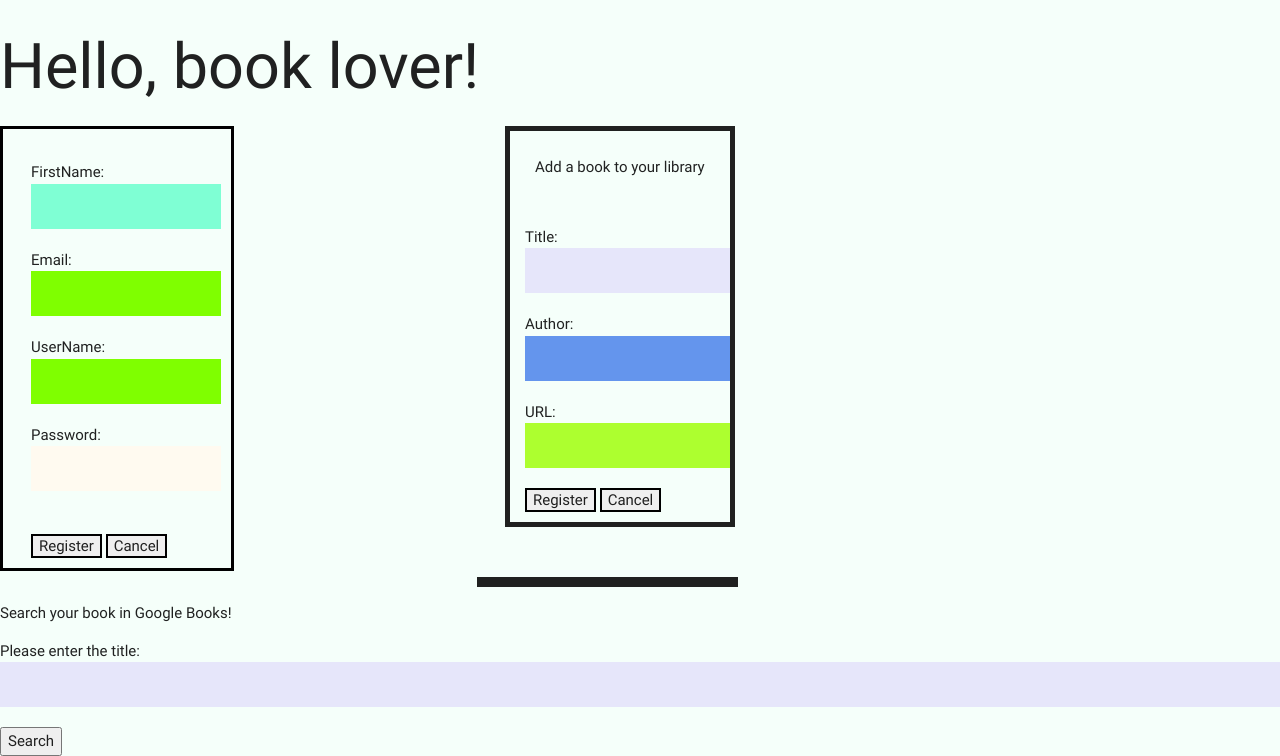
Repository: IuliaGusatu/cloudcomputingProjectSIMPREGusatuIulia
Page: environment/frontend/index.html
The author's editor kept a record of every edit. The page is drawn from the files as they stood at one moment, then again after the next edit.
The browser window is 1280 px wide. The pictures show the whole page.
The page's requests for data from a server got no answer.

Above is the page before.

### environment/frontend/index.html

<!DOCTYPE html>
<html style="background-color: mintcream;">
    <head>
         <link rel="stylesheet" href="https://cdnjs.cloudflare.com/ajax/libs/materialize/0.100.2/css/materialize.min.css">

        <title>BooksMania</title>
    </head>
    <body>
        <h1>Hello, book lover!</h1>
        <div style ="display: inline-block">
            <div style ="float: left; padding-left: 45px; border: 3px;border-color: black;border-style: solid;">
        <form style="margin: 10px;margin-left: -17px;">
  <input type="hidden" name="id" id="id" /><br />
  FirstName:<br />
  <input type="text" name="firstName" id="firstName" style="background-color: aquamarine;border-block-end-style: initial"/><br />
  Email:<br />
  <input type="text" name="email" id="email" style="border-block-end-style: initial;background-color: chartreuse;"><br/>
  UserName:<br />
  <input type="text" name="userName" id="userName" style="background-color: chartreuse;border-block-end-style: initial"><br/>
  Password:<br />
  <input type="text" name="password" id="password" style="background-color: floralwhite; border-block-end-style: initial"><br/>
  <br/>
  <input type="submit" value="Register" style="border-style: solid; border-color: black;" onSubmit="saveUsers()">
  <input type="reset" value="Cancel" style="border-style: solid; border-color: black;">
</form>
</div>
<div style ="float: right; margin-left:271px; border-color:black ; border-padding: 10px; border: 5px; border-style: solid;">
   <p style=" margin:25px">Add a book to your library</p>
  <form style=" margin-left: 15px;"onSubmit="saveBooks(event)">
  <input type="hidden" name="id" id="id" /><br />
  Title:<br />
  <input type="text" name="title" id="title"   style="background-color: lavender;border-block-end-style: initial"/><br />
  Author:<br />
  <input type="text" name="author" id="author" style="background-color: cornflowerblue; border-block-end-style: initial"><br/>
  URL:<br />
  <input type="text" name="url" id="url" style="background-color: greenyellow;border-block-end-style: initial"><br/>
  <input type="submit" value="Register" style=" margin-bottom: 10px;border-style: solid;border-color: black;">
  <input type="reset" value="Cancel"style="border-style: solid;border-color: black;">
</form>
</div>
</div>
<div   onSubmit ="showBooks()"id ="table"style="border-color:black ; border-padding: 10px; border: 5px; border-style: solid; margin-right: 542px; margin-left: 477px;">

</div>
<div>
    <p>Search your book in Google Books!</p>
    <div >
        Please enter the title:<br />
        <form id="myForm">
  <input  type="text" name="search" id="search-box"   style="background-color: lavender;border-block-end-style: initial"/><br />
  <button id="search" type="submit" onSubmit="handleSubmit">Search</button>
   <div id ="list-output"></div>
   </form>

    </div>
</div>

<script src="https://unpkg.com/axios/dist/axios.min.js"></script>
 <script
    src="https://code.jquery.com/jquery-3.3.1.min.js"
    integrity="sha256-FgpCb/KJQlLNfOu91ta32o/NMZxltwRo8QtmkMRdAu8="
    crossorigin="anonymous"></script>

<script>

    $(document).ready(function() {
        console.log('Hello from JQuery')
        showBooks()
    })
function showBooks() {
    axios.get('/books').then(function(results) {

        let html = ` <table style="width:500px;">
                <tr>
                    <th style="padding:10px">ID</th>
                    <th style="padding:10px">Title</th>
                    <th style="padding:10px">Author</th>
                    <th style="padding:10px">URL</th>

                </tr>`

        results.data.forEach(function(element) {
            html += `<tr>
                        <td>${element.id}</td>
                        <td>${element.title}</td>
                        <td>${element.author}</td>
                        <td>${element.url}</td>
                        <td>
                            <button onClick="editBooks(${element.id})" onClick="editBooks">Edit</button>
                            <button onClick="deleteBooks(${element.id})" onClick="deleteBooks">Delete</button>
                        </td>
                    </tr>`
        })

        html += `</table>`

        $('#table').html(html)
    }).catch(function(error) {
        console.log(error)
    })
}
function saveBooks(event) {
    event.preventDefault()

    let id = $('#id').val()
    let title = $('#title').val()
    let author = $('#author').val()
    let url = $('#url').val()

    if(id) {
        //make a request to PUT /messages/:id
  axios.put('/books/'+id, {
    title: title,
    author: author,
    url: url
}).then(function(result) {
    showBooks()
    $(event.target).trigger("reset")
}).catch(function(err) {
    alert('Resource could not be saved')
})
    } else {
        //make a request to POST /messages
axios.post('/books', {
    title: title,
    author: author,
    url: url
}).then(function(result) {
    showBooks()
    $(event.target).trigger("reset")
}).catch(function(err) {
    alert('Resource could not be saved')
})
    }

}

 function editBooks(id) {
    //get the values from the server
    axios.get('/books/'+id).then(function(result) {
        //display values in the form
        $('#id').val(result.data.id)
        $('#title').val(result.data.title)
        $('#author').val(result.data.author)
        $('#url').val(result.data.url)
    }).catch(function(err) {
        console.log(err)
        alert('Could not find resource')
    })
}

function deleteBooks(id) {
    axios.delete('/books/'+id).then(function(result) {
        showBooks()
    }).catch(function(err) {
        alert('Resource could not delete resource')
    })
}
function saveUsers(event) {
    event.preventDefault()

    let id = $('#id').val()
    let firstName = $('#firstName').val()
    let email = $('#email').val()
    let userName = $('#userName').val()
    let password = $('#password').val()
    if(id) {
        //make a request to PUT /messages/:id
  axios.put('/users/'+id, {
    firstName: firstName,
    email: email,
    userName: userName,
    password: password
}).then(function(result) {

    $(event.target).trigger("reset")
}).catch(function(err) {
    alert('Resource could not be saved')
})
    } else {
        //make a request to POST /messages
axios.post('/users', {
    firstName: firstName,
    email: email,
    userName: userName,
    password: password
}).then(function(result) {

    $(event.target).trigger("reset")
}).catch(function(err) {
    alert('Resource could not be saved')
})
    }

}


function searchBook(){


}

</script>


    </body>
</html>

After the next edit:
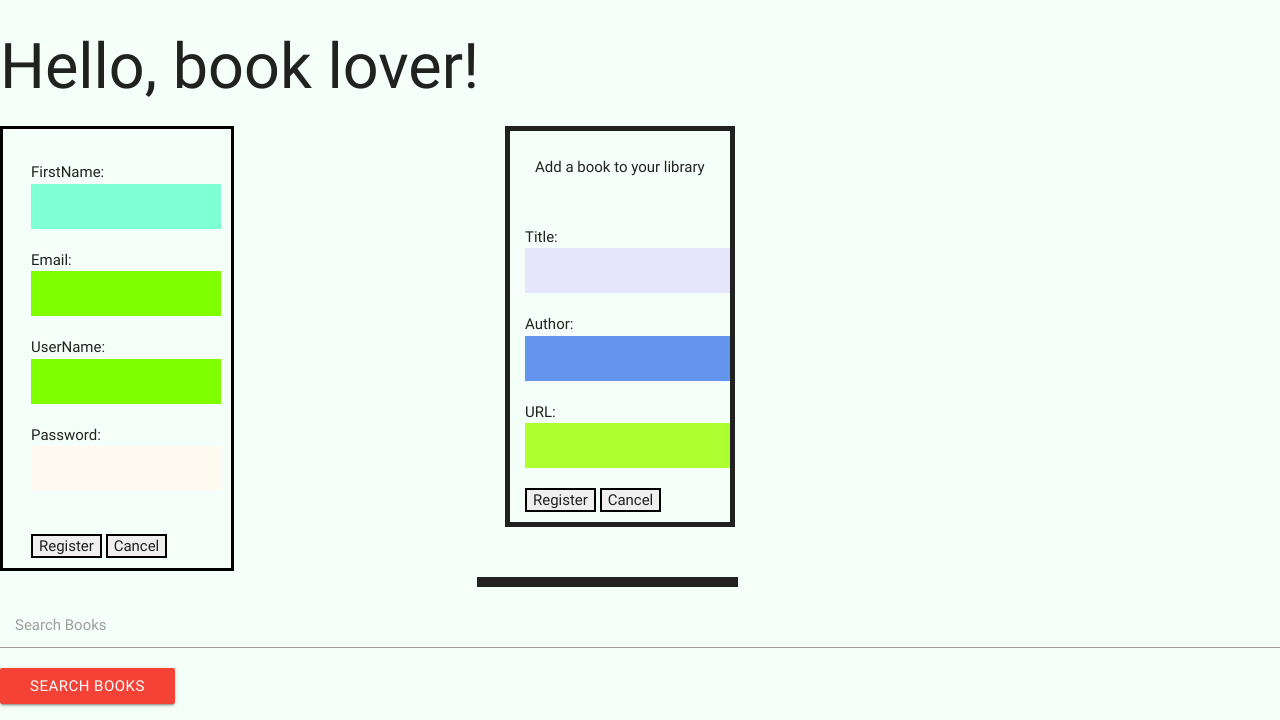
The edit:
--- a/environment/frontend/index.html
+++ b/environment/frontend/index.html
@@ -43,18 +43,18 @@
 <div   onSubmit ="showBooks()"id ="table"style="border-color:black ; border-padding: 10px; border: 5px; border-style: solid; margin-right: 542px; margin-left: 477px;">
 
 </div>
-<div>
-    <p>Search your book in Google Books!</p>
-    <div >
-        Please enter the title:<br />
-        <form id="myForm">
-  <input  type="text" name="search" id="search-box"   style="background-color: lavender;border-block-end-style: initial"/><br />
-  <button id="search" type="submit" onSubmit="handleSubmit">Search</button>
-   <div id ="list-output"></div>
-   </form>
-
-    </div>
-</div>
+<div id="search" >
+		<form id="myform">
+			<div class="input-field">
+				<input type="search" id="books">
+				<label for="search">Search Books</label>
+			</div>
+			<button class="btn red">Search Books</button>
+		</form>
+	</div>
+	<div id="result">
+
+	</div>
 
 <script src="https://unpkg.com/axios/dist/axios.min.js"></script>
  <script
